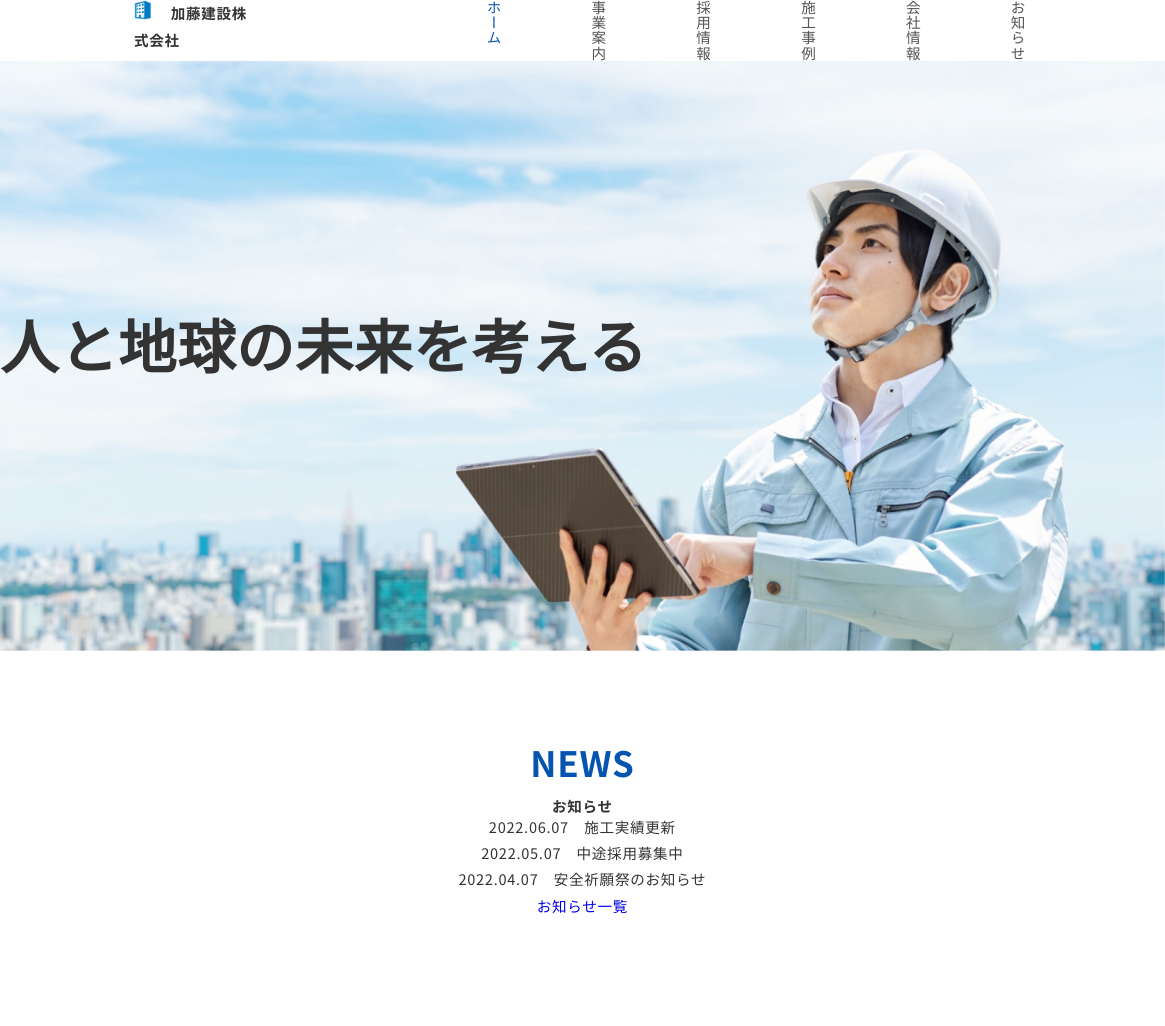
Repository: nozomi-23/hp1_test
Page: index.html
An editor plug-in stored every save of this project. The page is shown before and after the next save, followed by the edit.
The browser window is 1280 px wide. The pictures show the whole page, at 91% of full size.

Above is the page before, as saved 2022-06-12 11:04:07.

### index.html
<!DOCTYPE html>
<html lang="ja">
<head>
<meta charset="UTF-8">
<title>加藤建設 株式会社</title>
<meta name="description" content="人と地球の未来を考える 加藤建設 株式会社">
<meta name="keywords" content="建築,土木,インフラ">
<meta name="viewport" content="width=device-width, initial-scale=1.0">
<meta property="og:title" content="建築依頼なら「加藤建設 株式会社」">
<meta property="og:type" content="article">
<meta property="og:url" content="https://withcode-plus.tech">
<meta property="og:image" content="img/logo.png">
<meta property="og:description" content="確かな技術力が自慢、インフラから地域貢献まで加藤建設にお任せ下さい">
<meta property="og:site_name" content="加藤建設 株式会社">
<link rel="icon" href="img/favicon.ico">
<link rel="apple-touch-icon" sizes="180x180" href="img/logo.png">
<link rel="preconnect" href="https://fonts.googleapis.com">
<link rel="preconnect" href="https://fonts.gstatic.com" crossorigin>
<link href="https://fonts.googleapis.com/css2?family=Noto+Sans+JP:wght@400;500;700&family=Noto+Serif+JP&display=swap"
  rel="stylesheet">
<link rel="stylesheet" type="text/css" href="css/reset.css">
<link rel="stylesheet" type="text/css" href="css/common1.css">
<link rel="stylesheet" type="text/css" href="css/index.css">
</head>
<body>
  <!-- =========header -->
  <header>
    <div class="header_wrapper">
      <div class="header_inner">
        <h1 class="header_left">加藤建設株式会社</h1>
        <nav class="header_right" >
          <ul class="header_list">
            <li><a href="#" class="color">ホーム</a></li>
            <li><a href="html/business.html">事業案内</a></li>
            <li><a href="html/recruit.html">採用情報</a></li>
            <li><a href="html/work.html">施工事例</a></li>
            <li><a href="html/company.html">会社情報</a></li>
            <li><a href="html/news.html">お知らせ</a></li>
          </ul>
        </nav>
      </div>
    </div>
  </header>
  <!-- =========main_view -->
  <main>
    <section class="main_wrapper">
      <div class="main_txt">
        <h3>人と地球の未来を考える</h3>
      </div>
    </section>
    <!-- =========news -->
    <section class="news section">
      <div class="news_wrapper">
        <h2 class="title">NEWS<br>
          <small>お知らせ</small></h2>
        <ul>
          <li>2022.06.07&emsp;施工実績更新</li>
          <li>2022.05.07&emsp;中途採用募集中</li>
          <li>2022.04.07&emsp;安全祈願祭のお知らせ</li>
        </ul>
        <div class="btn">
          <a href="html/news.html">お知らせ一覧</a>
        </div>
      </div>
    </section>
  </main>
</body>
</html>

### css/reset.css
@charset "UTF-8";

html,
body,
div,
span,
object,
iframe,
h1,
h2,
h3,
h4,
h5,
h6,
p,
blockquote,
pre,
abbr,
address,
cite,
code,
del,
dfn,
em,
img,
ins,
kbd,
q,
samp,
small,
strong,
sub,
sup,
var,
b,
i,
dl,
dt,
dd,
ol,
ul,
li,
fieldset,
form,
label,
legend,
table,
caption,
tbody,
tfoot,
thead,
tr,
th,
td,
article,
aside,
canvas,
details,
figcaption,
figure,
footer,
header,
hgroup,
menu,
nav,
section,
summary,
time,
mark,
audio,
video {
  margin: 0;
  padding: 0;
  border: 0;
  outline: 0;
  font-size: 100%;
  vertical-align: baseline;
  background: transparent;
}

body {
  line-height: 1;
}

article,
aside,
details,
figcaption,
figure,
footer,
header,
hgroup,
menu,
nav,
section {
  display: block;
}

nav ul {
  list-style: none;
}

blockquote,
q {
  quotes: none;
}

blockquote:before,
blockquote:after,
q:before,
q:after {
  content: '';
  content: none;
}

a {
  margin: 0;
  padding: 0;
  font-size: 100%;
  vertical-align: baseline;
  background: transparent;
}

/* change colours to suit your needs */
ins {
  background-color: #ff9;
  color: #000;
  text-decoration: none;
}

/* change colours to suit your needs */
mark {
  background-color: #ff9;
  color: #000;
  font-style: italic;
  font-weight: bold;
}

del {
  text-decoration: line-through;
}

abbr[title],
dfn[title] {
  border-bottom: 1px dotted;
  cursor: help;
}

table {
  border-collapse: collapse;
  border-spacing: 0;
}

/* change border colour to suit your needs */
hr {
  display: block;
  height: 1px;
  border: 0;
  border-top: 1px solid #cccccc;
  margin: 1em 0;
  padding: 0;
}

input,
select {
  vertical-align: middle;
}

### css/common1.css
@charset "UTF-8";

body {
  color: #333;
  letter-spacing: 0.05em;
  line-height: 1.8;
  font-family: 'Noto Sans JP', sans-serif ,'Noto Serif JP',
  serif;
}
li {
  list-style: none;
}

a {
  text-decoration: none;
}
.section {
  margin: 8% 0;
}


/* タイトル */
.title {
  color: #0554B0;
  font-weight: bold;
  font-size: 2.4rem;
  line-height: 1;
}
.news_wrapper small {
  font-size: 1rem;
  color: #333;
}

### css/index.css
@charset "UTF-8";

/* =================
header
===================*/
.header_wrapper {
  display: flex;
  justify-content: center;
}
.header_inner {
  width: 77%;
  display: flex;
  justify-content: space-between;

}
.header_list {
  display: table;
}
.header_list li {
  display: table-cell;
  writing-mode: vertical-rl;
}
.header_list li a {
  color: #555;
}
.header_list li a:hover {
  opacity: 0.5;
}
.header_list li a.color {
  color: #0554B0;
}

.header_left::before {
  content: "";
  background: url(../img/name_icon.png) no-repeat ;
  background-size: contain;
  width: 30%;
  height: 30%;
  z-index: 1;
  display: inline-block;
}

/* =================
main_view
===================*/
.main_wrapper {
  background: url(../img/top_img.png)no-repeat center;
  background-size: cover;
  width: 100%;
  height: 90vh;
}
.main_txt {
  font-size: 4rem;
  font-weight: normal;
  font-family: 'Noto Serif JP';
  position: relative;
  top: 40%;
}
/* =================
news
===================*/
.news {
  text-align: center;
}
.news_wrapper {
  padding-bottom: 1rem;
}

After the next save:
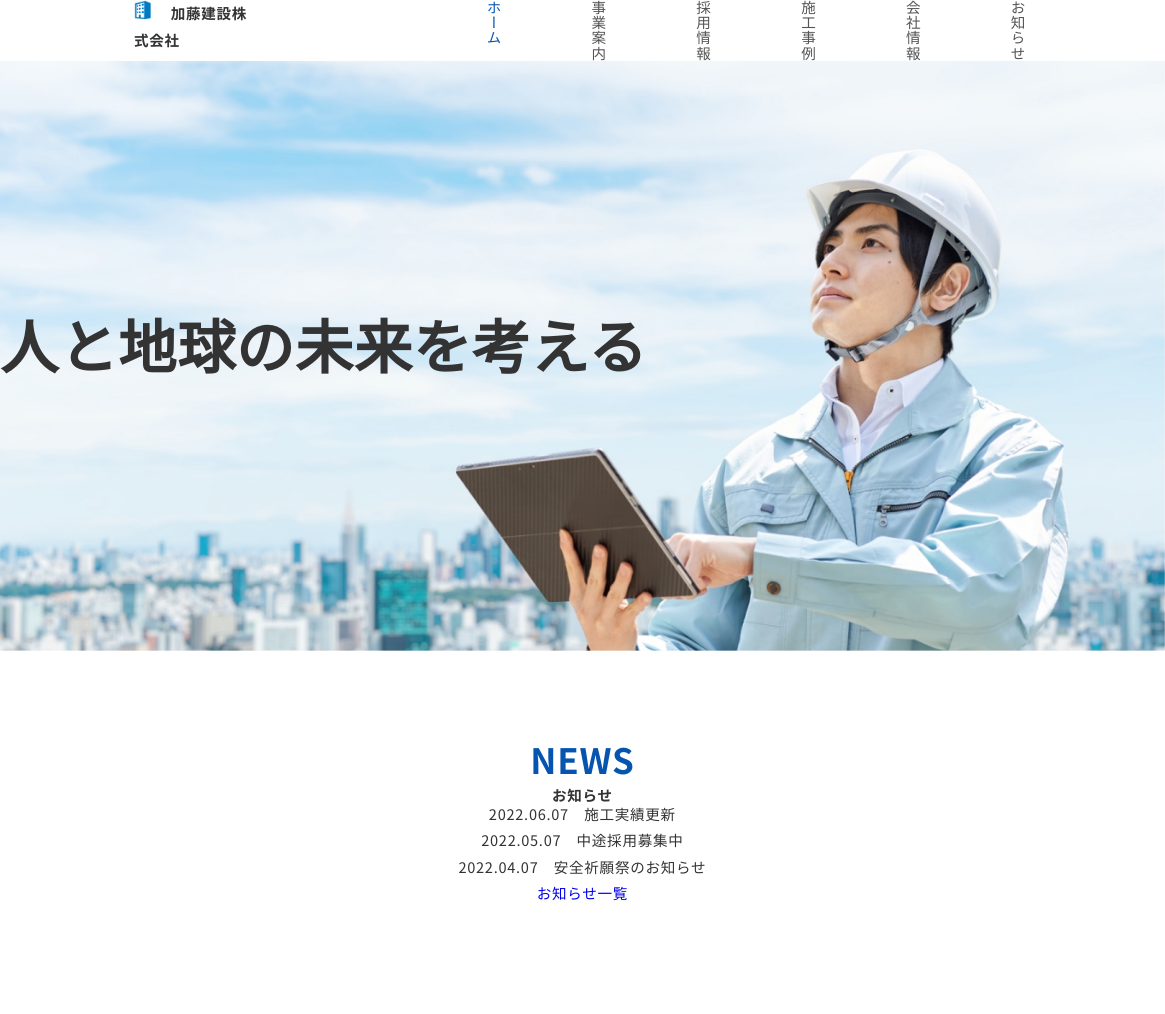
Saved 4 s later.
--- a/css/common1.css
+++ b/css/common1.css
@@ -24,7 +24,7 @@ a {
   color: #0554B0;
   font-weight: bold;
   font-size: 2.4rem;
-  line-height: 1;
+  line-height: 0.8;
 }
 .news_wrapper small {
   font-size: 1rem;
